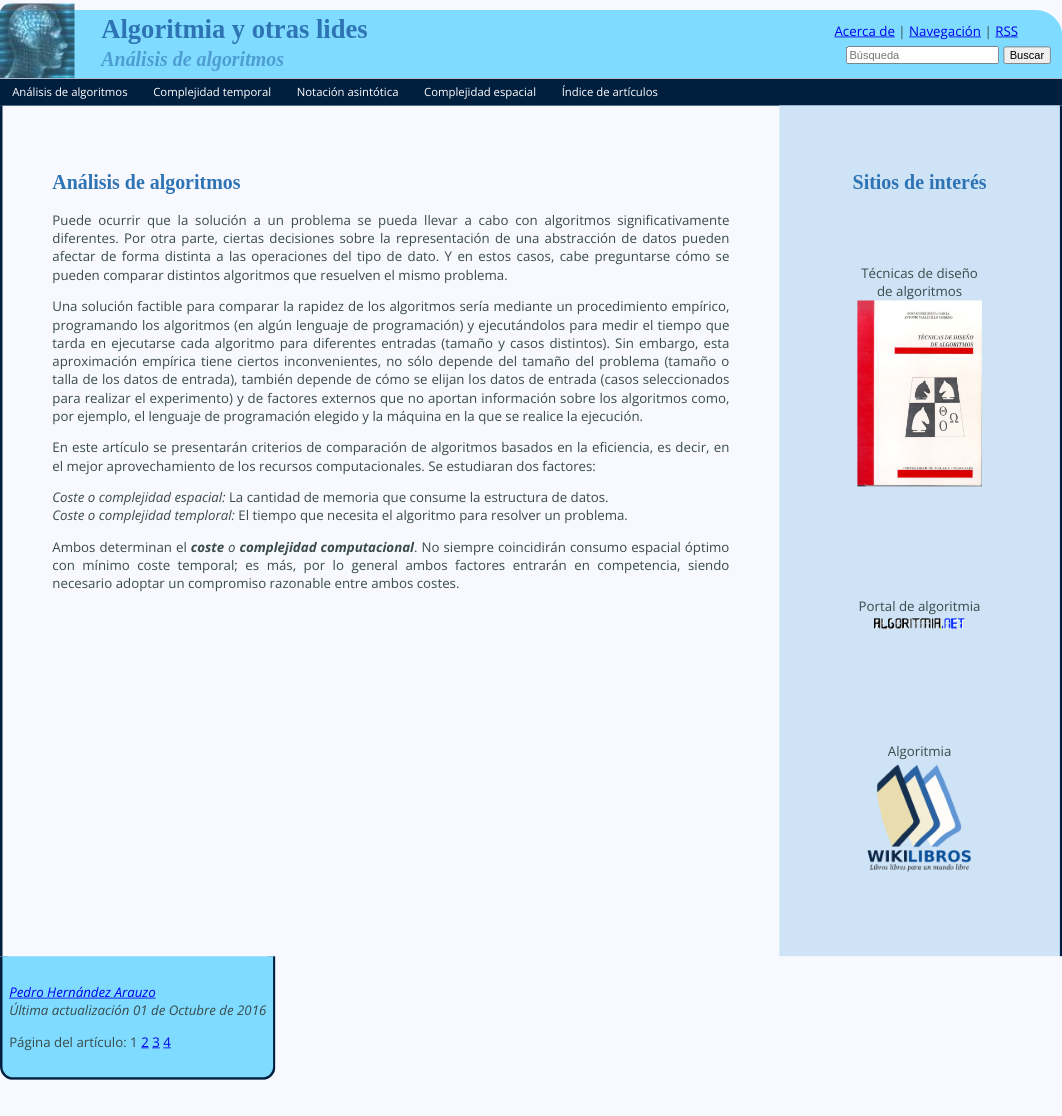
Repository: dgsama/Curso17
Page: SEW/WorkSpace/Practica04/index.html
The author's editor kept a copy of each file at every save. The page is drawn from the files as they stood at one save, then again after the next save.
The browser window is 1280 px wide. The pictures show the whole page, at 83% of full size.
Some web fonts or font styles are not loaded; a fallback is used.

Above is the page before, as saved 2016-10-26 09:55:21.

### SEW/WorkSpace/Practica04/index.html
<!DOCTYPE html>
<html xmlns="http://www.w3.org/1999/xhtml" lang="es" xml:lang="es">
<head>
<meta charset="UTF-8" />
<title>Análisis de algoritmos</title>
<link rel="stylesheet" type="text/css"
href="estilo.css" media="screen"/>
<style type="text/css">
/*<![CDATA[
body {
    counter-reset: c1;
}

section h2:before {
    counter-increment: c1;
    content: counter(c1) ". ";
}
]]>*/
</style>
</head>
<body>
  <header>
    <h1>
      <a href="#" title="Página inicial del blog" tabindex="1"><img
      src="algoritmia.jpg" alt="logo"/>Algoritmia y otras lides</a>
    </h1>
    <h2>Análisis de algoritmos</h2>
    <ul id="ayuda">
      <li><a href="#">Acerca de</a></li>
      <li><a href="#">Navegación</a></li>
      <li><a href="#">RSS</a></li>
      <li>
        <form method="post" action="#">
		  <fieldset>
			<input type="search" size="20" placeholder="Búsqueda"/>
			<input type="submit" value="Buscar"/>
		  </fieldset>
        </form>
      </li>
    </ul>
  </header>
  <nav>
    <ul>
      <li><a href="#" accesskey="1">Análisis de algoritmos</a></li>
      <li><a href="temporal.html" accesskey="2">Complejidad
      temporal</a></li>
      <li><a href="notacion.html" accesskey="3">Notación
      asintótica</a></li>
      <li><a href="espacial.html" accesskey="4">Complejidad
      espacial</a></li>
      <li><a href="#" accesskey="5">Índice de artículos</a></li>
    </ul>
  </nav>
  <section id="main">
    <h2>Análisis de algoritmos</h2>
    <p>Puede ocurrir que la solución a un problema se pueda llevar a
      cabo con algoritmos significativamente diferentes. Por otra parte,
      ciertas decisiones sobre la representación de una abstracción de
      datos pueden afectar de forma distinta a las operaciones del tipo
      de dato. Y en estos casos, cabe preguntarse cómo se pueden
      comparar distintos algoritmos que resuelven el mismo problema.</p>
    <p>Una solución factible para comparar la rapidez de los
      algoritmos sería mediante un procedimiento empírico, programando
      los algoritmos (en algún lenguaje de programación) y ejecutándolos
      para medir el tiempo que tarda en ejecutarse cada algoritmo para
      diferentes entradas (tamaño y casos distintos). Sin embargo, esta
      aproximación empírica tiene ciertos inconvenientes, no sólo
      depende del tamaño del problema (tamaño o talla de los datos de
      entrada), también depende de cómo se elijan los datos de entrada
      (casos seleccionados para realizar el experimento) y de factores
      externos que no aportan información sobre los algoritmos como, por
      ejemplo, el lenguaje de programación elegido y la máquina en la
      que se realice la ejecución.</p>
    <p>En este artículo se presentarán criterios de comparación de
      algoritmos basados en la eficiencia, es decir, en el mejor
      aprovechamiento de los recursos computacionales. Se estudiaran dos
      factores:</p>
    <dl>
      <dt>Coste o complejidad espacial</dt>
      <dd>La cantidad de memoria que consume la estructura de
        datos.</dd>
      <dt>Coste o complejidad temploral</dt>
      <dd>El tiempo que necesita el algoritmo para resolver un
        problema.</dd>
    </dl>
    <p>Ambos determinan el <dfn><strong>coste</strong> o
      <strong>complejidad computacional</strong></dfn>. No siempre
      coincidirán consumo espacial óptimo con mínimo coste temporal; es
      más, por lo general ambos factores entrarán en competencia, siendo
      necesario adoptar un compromiso razonable entre ambos costes.</p>
  </section>
  <aside>
    <h2>Sitios de interés</h2>
    <div>
      <figure>
        <figcaption>Técnicas de diseño de algoritmos</figcaption>
        <p><a href="http://www.lcc.uma.es/~av/Libro/"><img src="tda.jpg"
        alt="Libro de algoritmia"/></a></p>
      </figure>
      <figure>
        <figcaption>Portal de algoritmia</figcaption>
        <p><a href="http://www.algoritmia.net/"><img src="anet.gif"
		alt="Portal de algoritmia"/></a></p>
      </figure>
      <figure>
        <figcaption>Algoritmia</figcaption>
        <p><a href="http://es.wikibooks.org/wiki/Algoritmia"><img
        src="Wbooks.png" alt="Libro de algoritmia"/></a></p>
      </figure>
    </div>
  </aside>
  <footer>
    <address>
      <p>
        <a href="mailto:phernandez@uniovi.es"
         title="Escrito por Pedro Hernández">Pedro Hernández Arauzo</a>
         <br/>Última actualización
         <time datetime="2016-10-01">01 de Octubre de 2016</time>
      </p>
    </address>
    <p>
        Página del artículo: 1 <a href="temporal.html">2</a>
        <a href="notacion.html">3</a> <a href="espacial.html">4</a>
    </p>
  </footer>
</body>
</html>

### SEW/WorkSpace/Practica04/estilo.css
@charset "UTF-8";

@import
    url("http://fonts.googleapis.com/css?family=Source+Code+Pro:300,400,700|Droid+Serif:700|Open+Sans:400italic,700italic,400,700")
    ;

body {
    font-family: 'Open Sans', sans-serif;
    color: #394b4b;
    background-color: #f8f8ff;
    text-align: justify;
    margin: 0.75em 0;
    padding: 0;
}

section, aside {
    margin: 0;
    border-left: 3px solid #001f3f;
    border-right: 3px solid #001f3f;
}

aside {
    padding: 0 4em 1.5em 4em;
}

h1, h2, h3, h4, h5, h6 {
    font-family: 'Droid Serif', serif;
    color: rgb(46, 116, 181);
}

h1 a, h1 a:link, h1 a:visited {
    color: inherit;
    text-decoration: none;
}

header {
    background-color: #7fdbff;
    min-height: 82px;
    border-top-right-radius: 2em;
}

header img {
    float: left;
    opacity: 0.7;
    width: 90px;
    height: 90px;
    margin-top: -13px;
    margin-right: 1em;
    border-top-left-radius: 0.4em;
}

header h1, header h2 {
    margin: 0;
    padding: 5px 0 0 0;
}

header h2 {
    font-style: italic;
    opacity: 0.6;
}

nav {
    font-size: 90%;
}

nav>ul {
    list-style: none;
    margin: 1px 0 0 0;
    padding: 0;
    background-color: #001f3f;
    border: 1px solid #001f3f;
    font-size: 95%;
}

nav li {
    color: rgb(100%, 100%, 100%);
    margin: 0;
    padding: 0;
    display: inline-block;
    padding: 0;
}

nav a {
    display: block; /* para que el hiperv�nculo se active desde
						cualquier parte de la caja que se genera */
    padding: 0.4em 1em;
}

nav a:hover {
    background-color: #0074d9;
}

nav a:link, nav a:visited {
    color: rgb(100%, 100%, 100%);
    text-decoration: none;
}

.ecuacion, code, #Tabla3 thead th:nth-child(n+2) {
    font-family: 'Source Code Pro', monospace;
}

.ecuacion, #Tabla3 thead th:nth-child(n+2) {
    font-style: oblique;
}

pre>code {
    font-size: 16px;
}

figure, figure>p {
    margin: 0;
    padding: 0;
}

figure>pre, figure>table {
    margin-bottom: 0.15em;
}

figure>pre {
    font-size: 1em;
}

section figcaption::before {
    content: attr(title) ". ";
    font-weight: 700;
}

section figcaption {
    font-size: 85%;
    font-style: italic;
}

#Figura3 img {
    width: 578px;
    height: 268px;
}

table {
    border-collapse: collapse;
}

th, td {
    border: 1px solid rgb(40%, 40%, 40%);
    padding: 2px 0.5em;
}

#Tabla3 caption {
    color: rgb(46, 116, 181);
    font-style: italic;
    font-weight: bold;
    margin-bottom: 0.2em;
}

footer {
    clear: both;
    min-height: 50px;
    background-color: #7fdbff;
    margin-bottom: 2em;
    padding: 1em 0.5em;
    border-left: 3px solid #001f3f;
    border-right: 3px solid #001f3f;
    border-bottom: 3px solid #001f3f;
    border-bottom-left-radius: 1em;
    border-bottom-right-radius: 1em;
}

#ayuda {
    list-style-type: none;
    float: right;
    margin-top: -60px;
}

#ayuda fieldset {
    border: none;
}

#ayuda li {
    display: inline;
}

#ayuda li:nth-last-child(n+3)::after {
    content: " |";
}

dt, dd {
    display: inline;
}

dt::after {
    content: ": ";
}

dt {
    font-style: italic;
}

dd {
    margin-left: 0;
}

dd:after {
    display: block;
    content: " ";
}

#main {
    padding: 60px;
}

pre {
    margin-left: 3cm;
}

pre+figcaption {
    margin-left: 3cm;
}

table {
    margin: auto;
}

.center {
    text-align: center;
}

#Figura4 {
    float: left;
    width: 39%;
    text-align: center;
    margin-left: 10%;
}

#Figura5 {
    float: right;
    width: 39%;
    text-align: center;
    margin-right: 10%;
}

h4 {
    clear: both;
}

#Tabla3 th {
    background-color: #00BFFF;
    color: #0404B4;
    font-size: 20px;
}

#Tabla3 tbody {
    background: white;
}

#Tabla3 tbody>tr:nth-child(2n) {
    background: #A9F5F2;
}

aside {
    text-align: center;
}

aside div {
    display: flex;
    flex: auto;
    justify-content: center;
}

aside figure {
    padding: 4em;
    text-align: center;
}

aside img {
    max-width: 150px;
}

@media screen and (min-width:900px) {
    aside div {
        flex-direction: column;
        min-height: 600px;
    }
    aside {
        border-left: 0;
        padding: 2em 1.5em;
        display: table-cell;
        background-color: #CEE3F6;
    }
    #main {
        border-right: 0;
        display: table-cell;
    }
}

footer{
    display: inline-block;
}

After the next save:
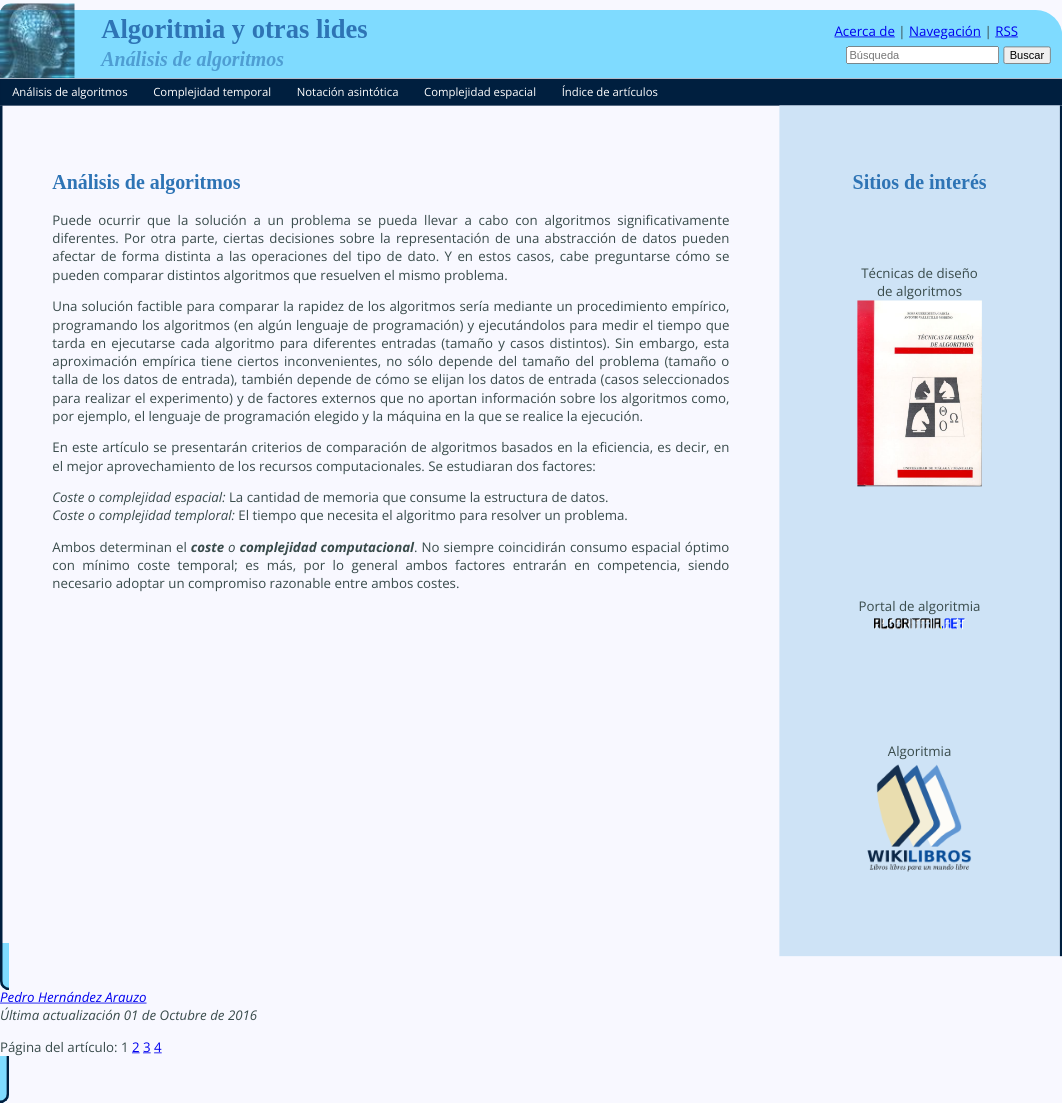
Saved 10 s later.
--- a/SEW/WorkSpace/Practica04/estilo.css
+++ b/SEW/WorkSpace/Practica04/estilo.css
@@ -292,5 +292,5 @@
 }
 
 footer{
-    display: inline-block;
-}
+    display: inline;
+}
